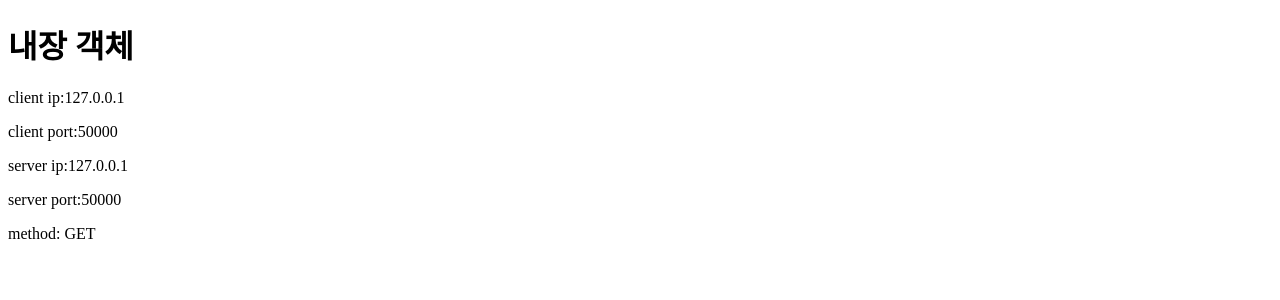
Repository: hwa3845/fullstackjava
Page: http://localhost/web02/ex06.jsp
The author's editor kept a copy of each file at every save. The page is drawn from the files as they stood at one save, then again after the next save.
The browser window is 1280 px wide. The pictures show the whole page.
The page is served by Tomcat 9.

Above is the page before, as saved 2025-04-15 03:14:57.

After the next save:
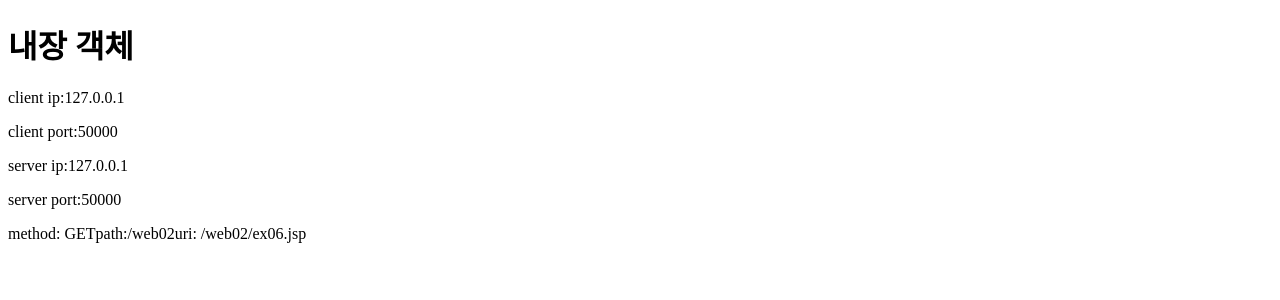
Saved 3 min 4 s later.
--- a/webWorkspace/web02/WebContent/ex06.jsp
+++ b/webWorkspace/web02/WebContent/ex06.jsp
@@ -20,7 +20,11 @@ int port2=request.getServerPort();
 out.print("<p>server port:"+port+"</p>");	//서버의 포트번호
 
 String method=request.getMethod();
-out.print("method: "+method);
+out.print("method: "+method);	//get 방식(주소로), post 방식(header 부분 안에 숨겨서)
+String path=request.getContextPath();
+String url=request.getRequestURI();
+out.print("path:"+path);
+out.print("uri: "+url);
 %>
 </body>
 </html>
